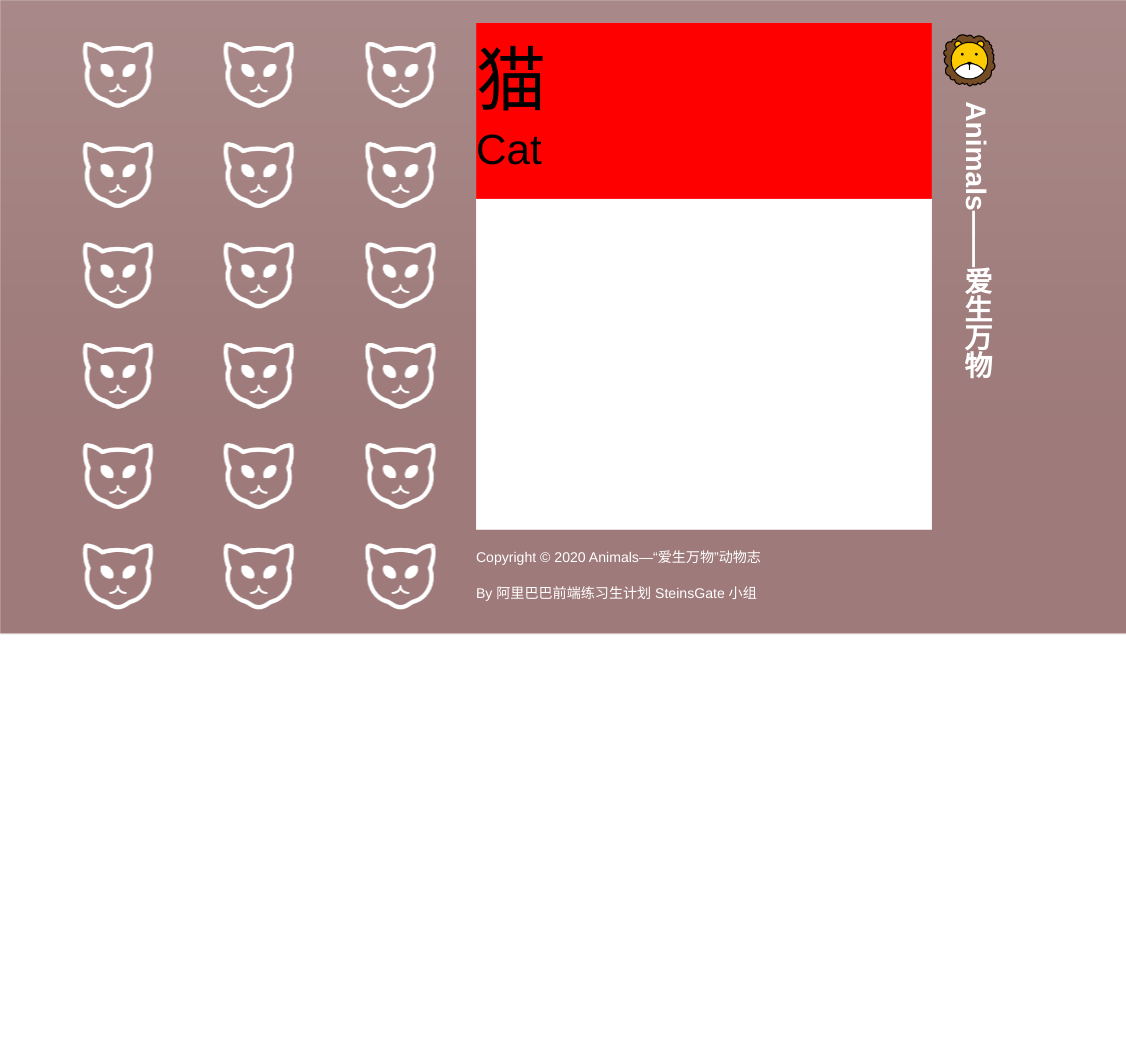
Repository: Whiskeyi/Animals
Page: /
These files come from the project's save history. The page is drawn as it stood at one moment and after the next save; the edit follows.
The browser window is 1280 px wide. The pictures show the whole page, at 88% of full size.
The project was rebuilt for these pictures with package versions that can differ from the ones it lists, and the page was loaded fresh each time.

Above is the page before, as saved 2021-11-15 23:50:48.

After the next save:
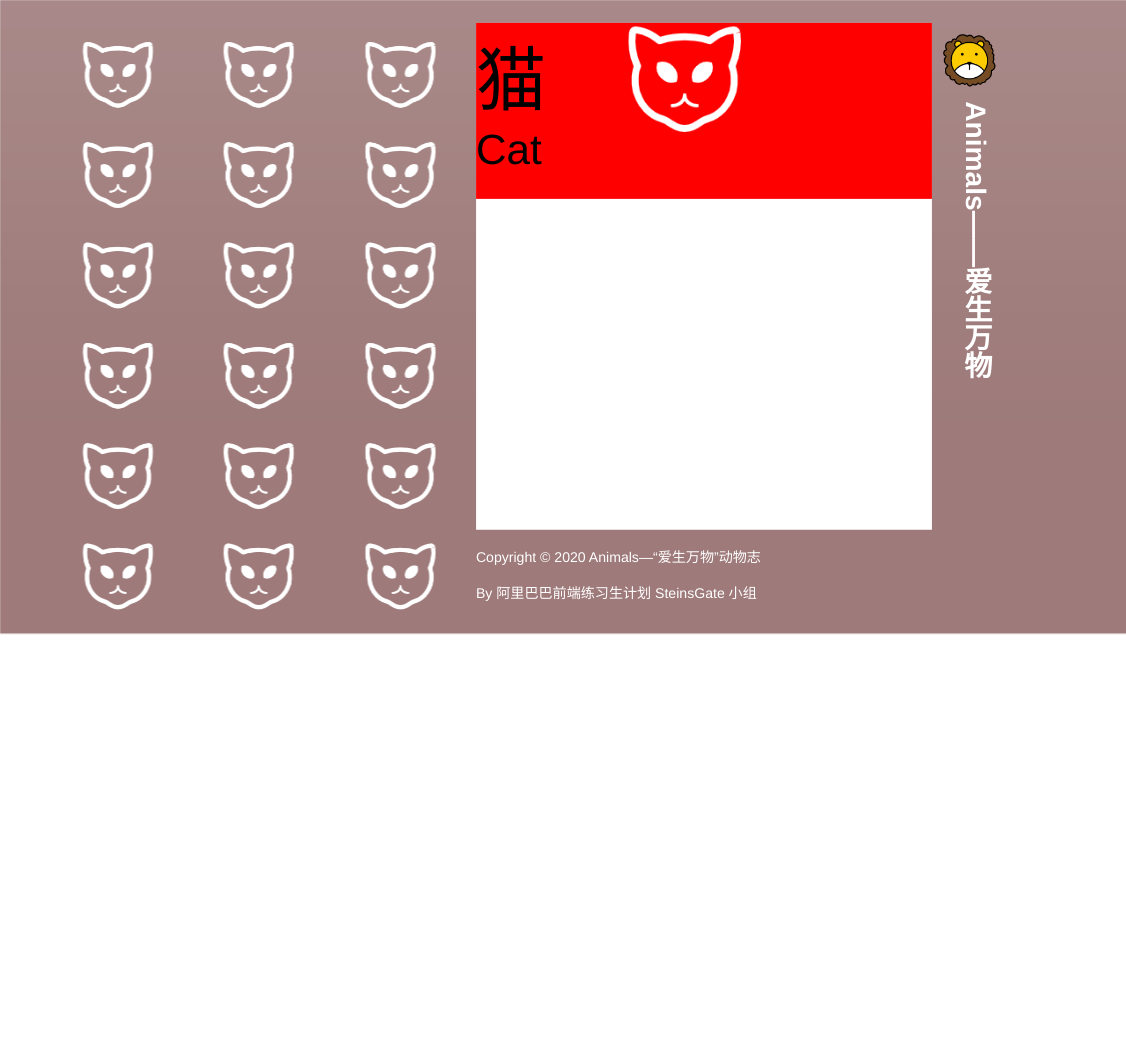
Saved 40 s later.
--- a/src/components/Info/Introduce/index.vue
+++ b/src/components/Info/Introduce/index.vue
@@ -6,7 +6,7 @@
               <div class="subTitle">Cat</div>
           </el-col>
           <el-col :span="16">
-
+            <el-image class="logo" alt="logo" :src="require('@/icons//animals/cat.png')"></el-image>
           </el-col>
       </el-row>
   </div>
